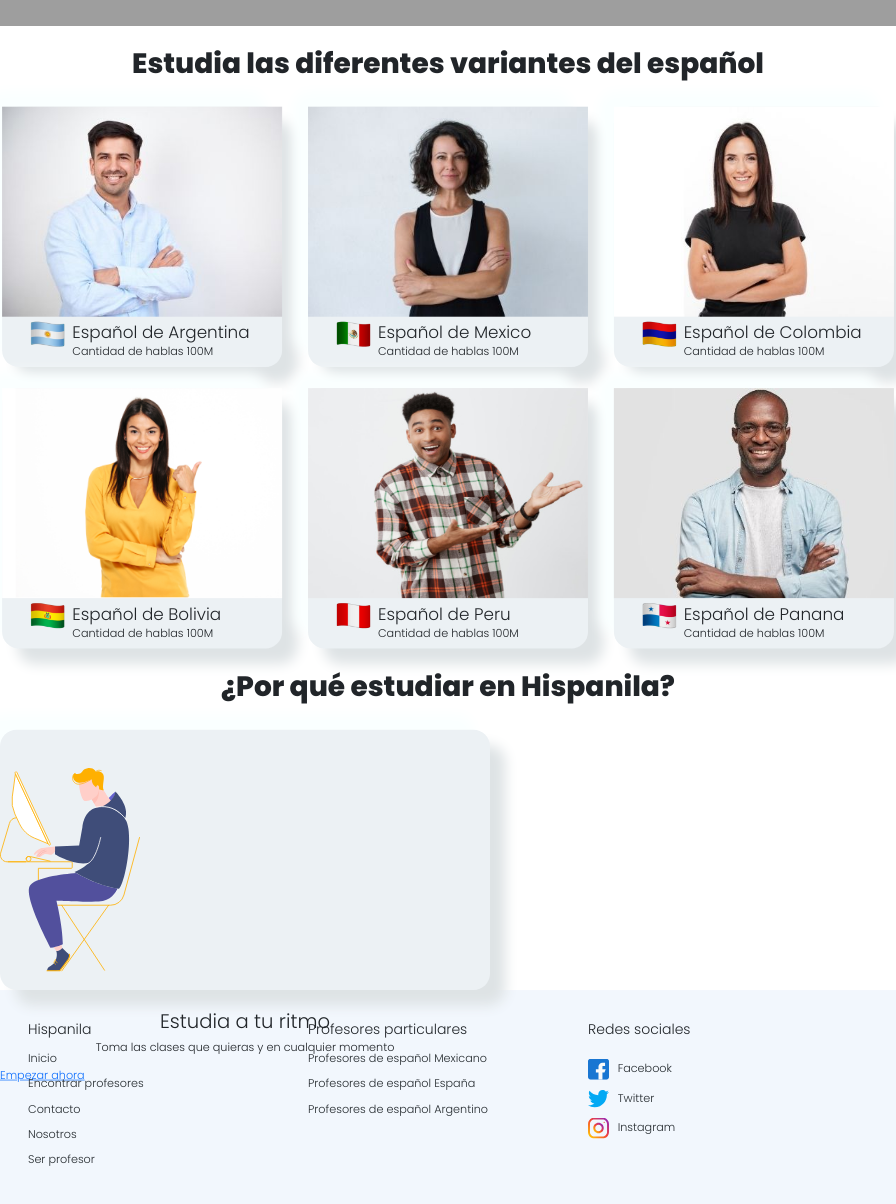
Repository: AgustinGarciaDev/Hispanila
Page: index.html
The author's editor kept a copy of each file at every save. The page is drawn from the files as they stood at one save, then again after the next save.
The browser window is 1280 px wide. The pictures show the part of the page from y = 629 to 2549 px (the page is 2349 px tall before and 2549 px after), at 70% of full size.
Pictures or frames that could not be fetched are drawn as grey boxes. Some web libraries are served in a nearby version. The style sheet was rebuilt from its Sass, Less or Tailwind sources for each picture, by a compiler version that may differ from the author's.

Above is the page before, as saved 2021-01-28 22:38:53.

After the next save:
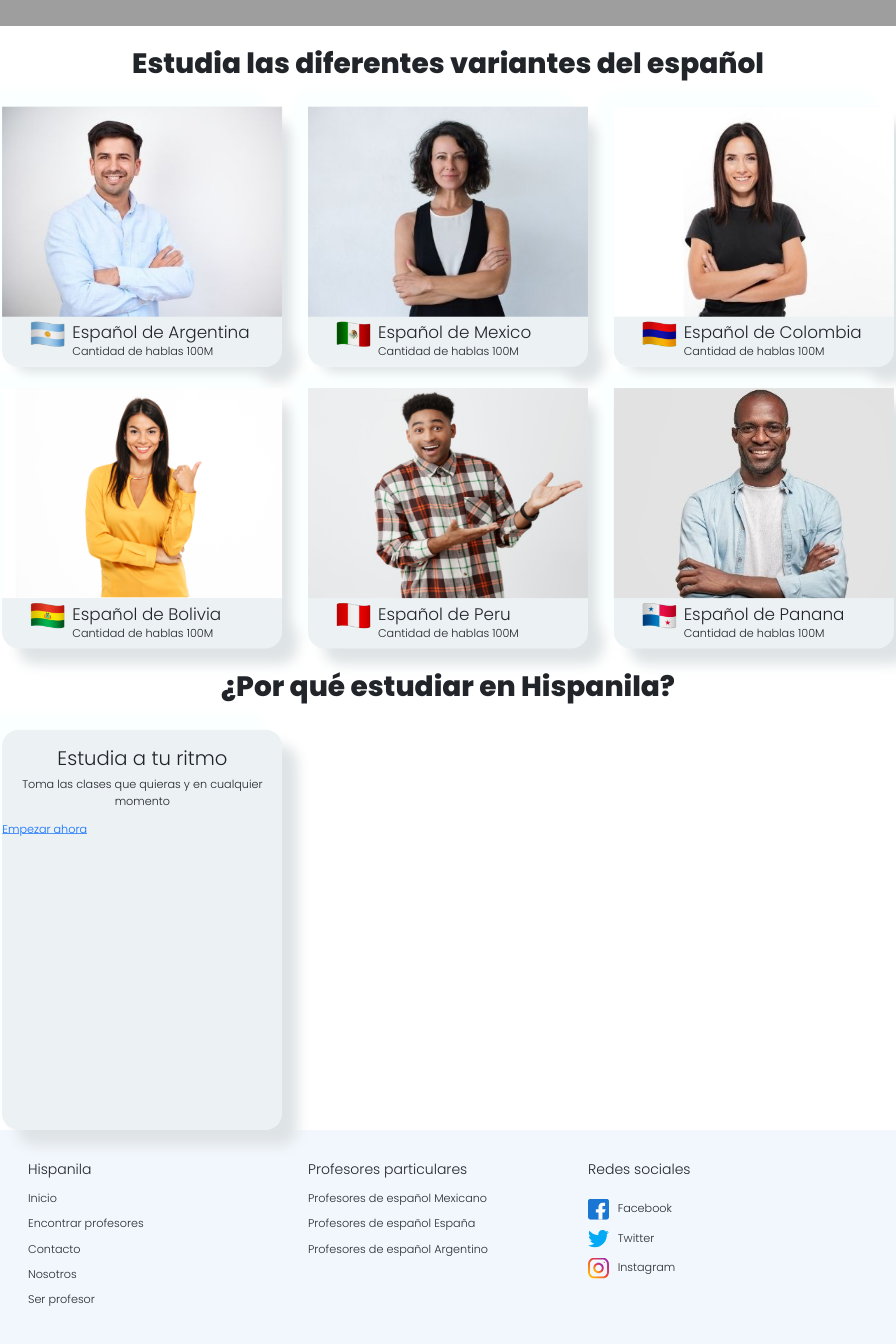
Saved 7 s later.
--- a/stylemod.css
+++ b/stylemod.css
@@ -128,12 +128,12 @@
     border-radius: 24px;
     background: #ecf1f4;
     box-shadow: 22px 22px 18px #dee3e5, -22px -22px 18px #faffff;
-    width: 700px;
-    height: 372px;
+    width: 400px;
+    height: 572px;
 }
 
 .card__study__img {
-    height: 400px;
+    height: 00px;
     width: 200px;
 }
 
